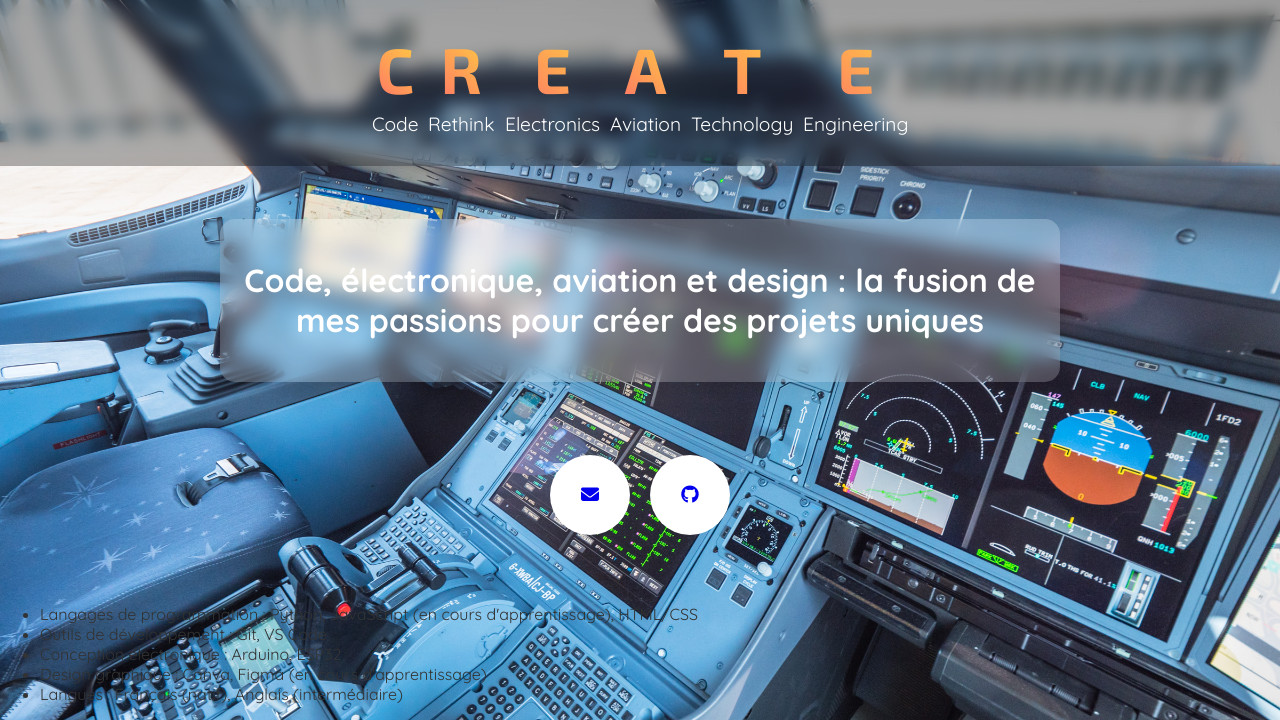
Repository: nlagardere/myportfolio
Page: index.html
These files come from the project's save history. The page is drawn as it stood at one moment and after the next save; the edit follows.
The browser window is 1280 px wide. The pictures show the whole page.

Above is the page before, as saved 2025-09-06 10:08:27.

After the next save:
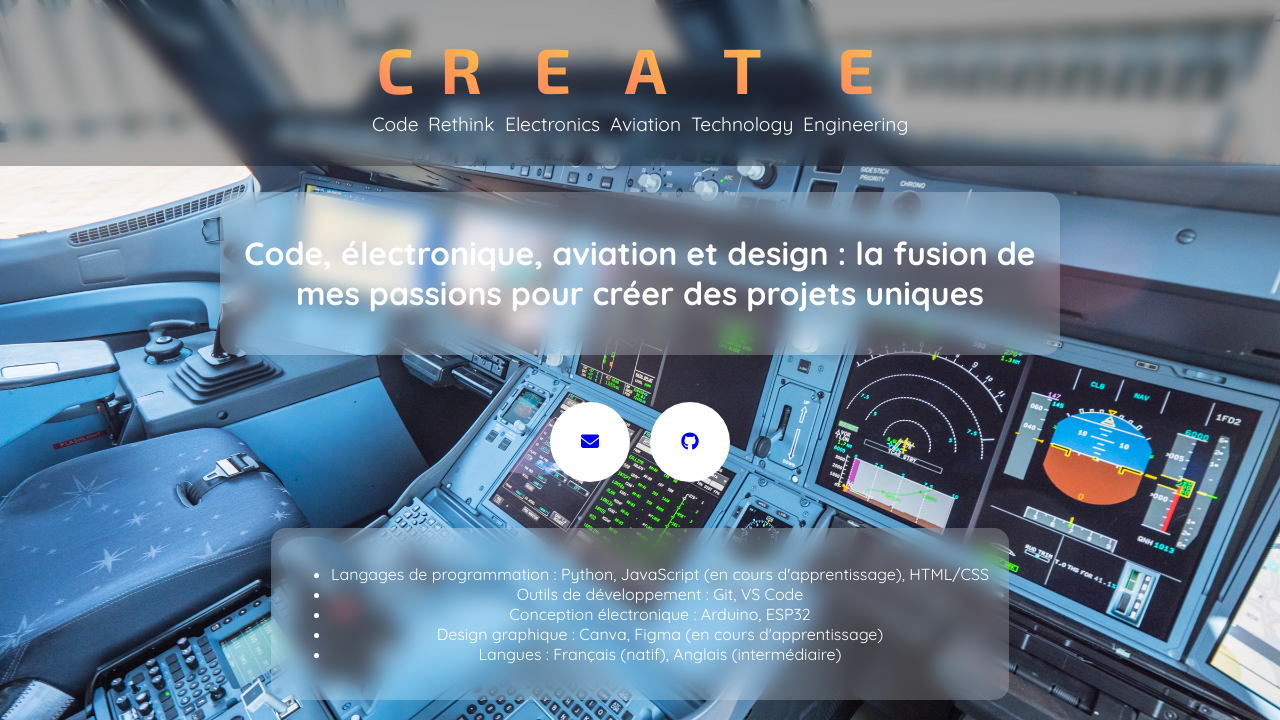
Saved 13 s later.
--- a/index.html
+++ b/index.html
@@ -172,7 +172,7 @@
       color: #ffffff;
     }
 
-    .competences{
+    .compétences{
       text-align: center;
       background: rgba(255, 255, 255, 0.2);
       border-radius: 15px;
